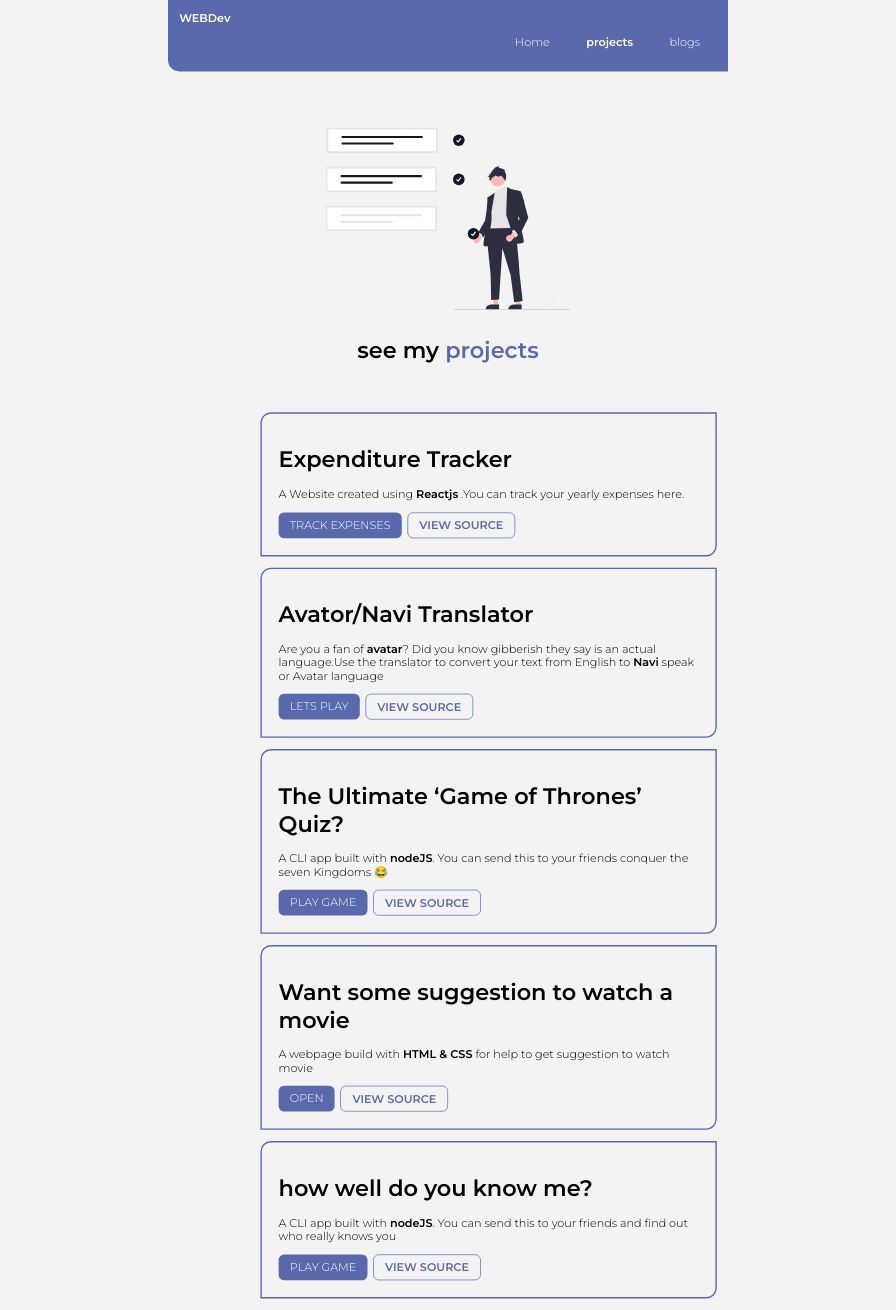
Repository: sohan2503001/Portfolio
Page: projects.html
An editor plug-in stored every save of this project. The page is shown before and after a run of saves, followed by the edit.
The browser window is 1280 px wide. The pictures show the whole page, at 70% of full size.

Above is the page before, as saved 2021-05-26 11:42:40.

### projects.html
<!DOCTYPE html>
<html lang="en">

<head>
  <meta charset="UTF-8" />
  <meta name="viewport" content="width=device-width, initial-scale=1.0" />
  <title>Projects | Sohan</title>
  <link rel="stylesheet" href="style.css" />
  <link rel="icon" href="images/favicon.svg" sizes="any" type="image/svg+xml">
</head>

<body>
  <nav class="navigation container">
    <div class="nav-brand">WEBDev</div>
    <ul class="list-non-bullet nav-pills">
      <li class="list-item-inline">
        <a class="link" href="/">Home</a>
      </li>
      <li class="list-item-inline">
        <a class="link link-active" href="projects.html">projects</a>
      </li>
      <li class="list-item-inline">
        <a class="link" href="blogs.html">blogs</a>
      </li>
    </ul>
  </nav>

  <header class="hero">
    <img class="hero-img" src="images/pro.svg" alt="" />
    <h1 class="hero-heading">
      see my<span class="heading-inverted"> projects</span>
    </h1>
  </header>


  <ol class="list list-non-bullet">


    <div class="container container-center box-contain">
      <li>
        <h1>Expenditure Tracker</h1>
        <p>
          A Website created using <strong>Reactjs</strong> .You can track your yearly expenses here.
        </p>

        <div class="link-button">
          <a class="link link-primary name-link" href="https://expenditure-tracker.netlify.app/"
          target="_blank">TRACK EXPENSES</a>
        <a class="link link-secondary" href="https://github.com/sohan2503001/Expenditure-Tracker" target="_blank">VIEW
          SOURCE</a>
        </div>
      </li>
    </div>


    <div class="container container-center box-contain">
      <li>
        <h1>Avator/Navi Translator </h1>
        <p>
          Are you a fan of <strong>avatar</strong>? Did you know gibberish they say is an actual
          language.Use the translator to convert your text from English to <strong>Navi</strong>
          speak or Avatar language
        </p>

        <div class="link-button">
          <a class="link link-primary name-link" href="https://avator-speak.netlify.app/"
          target="_blank">LETS PLAY</a>
        <a class="link link-secondary" href="https://github.com/sohan2503001/Avator-speak" target="_blank">VIEW
          SOURCE</a>
        </div>
      </li>
    </div>


    <div class="container container-center box-contain">
      <li>
        <h1>The Ultimate ‘Game of Thrones’ Quiz?</h1>
        <p>
          A CLI app built with <strong>nodeJS</strong>. You can send this to
          your friends conquer the seven Kingdoms 😂
        </p>

        <div class="link-button">
          <a class="link link-primary name-link" href="https://replit.com/@Sohan250301/GameofThronesQuiz?embed=1&output=1#index.js"
          target="_blank">PLAY GAME</a>
        <a class="link link-secondary" href="https://github.com/sohan2503001/GOTQuiz" target="_blank">VIEW SOURCE</a>
        </div>
      </li>
    </div>


    <div class="container container-center box-contain">
      <li>
        <h1>Want some suggestion to watch a movie</h1>
        <p>
          A webpage build with <strong>HTML & CSS </strong> for help to get suggestion to watch movie
        </p>

        <div class="link-button">
          <a class="link link-primary name-link" href="https://moviesreview.netlify.app/" target="_blank">OPEN</a>
        <a class="link link-secondary" href="https://github.com/sohan2503001/MovieSuggestion" target="_blank">VIEW
          SOURCE</a>
        </div>
      </li>
    </div>


    <div class="container container-center box-contain">
      <li>
        <h1>how well do you know me?</h1>
        <p>
          A CLI app built with <strong>nodeJS</strong>. You can send this to
          your friends and find out who really knows you
        </p>

        <div class="link-button">
          <a class="link link-primary name-link" href="https://replit.com/@Sohan250301/How-much-you-know-me?embed=1&output=1"
          target="_blank">PLAY GAME</a>
        <a class="link link-secondary" href="https://github.com/sohan2503001/Quiz1" target="_blank">VIEW SOURCE</a>
        </div>
      </li>
    </div>


  </ol>
  <script src="code.js"></script>
</body>

</html>

### style.css
@import url('https://fonts.googleapis.com/css2?family=Montserrat:wght@300;600&display=swap');

:root{
    --primary-color: #5a69ac;
    --dark-gray: #7E7F83;
    --off-white: #D9C5B2;
}

body {
    font-family: 'Montserrat', sans-serif;
    margin: auto;
    max-width: 800px;
    width: 100%;
    background-color: #F3F3F4;
}

hr{
    margin: 2rem 0rem;
}

/** container **/
.container{
    padding: 0rem 1rem;
}

.container-center{
    max-width: 600px;
    margin: auto;
}

/** links **/
.link{
    text-decoration: none;
    padding: 0.5rem 1rem;
    /*margin: 1rem 0rem 1rem 0rem;*/
}

.link-primary{
    background-color: var(--primary-color);
    border-radius: 0.5rem;
    color:white;
}

.link-secondary{
    color: var(--primary-color);
    border-radius: 0.5rem;
    border: 1px solid var(--primary-color);
    font-weight: bold;
}

/** lists **/

.list-non-bullet{
    list-style: none;
}

.list-item-inline{
    display: inline;
    padding: 0rem 0.5rem;
}

/** navigation **/

.navigation{
    background-color: var(--primary-color);
    color: white;
    padding: 1rem;
    border-bottom-left-radius: 1rem;
}

.navigation .nav-brand{
    font-weight: bold;
}

.navigation .nav-pills{
    text-align: right;
}

.navigation .link{
    color: white;
}

.navigation .link-active{
    font-weight: bold;
}

/**header **/

.hero{
    padding: 2rem;
    padding-top: 5rem;
}

.hero .hero-img{
    max-width: 350px;
    display: block;
    margin: auto;
}

.hero .hero-heading{
    padding-top: 1rem;
    color: var(--dark-red);
    text-align: center;
}

.hero .hero-heading .heading-inverted{
    color: var(--primary-color)
}

/** section **/
.section{
    padding: 1rem;
    border-radius: 15px;
    margin: 2rem;
}

.section h1{
    text-align: center;
    font-weight: bolder;
}

.ow {
    background-color: var(--off-white);
}

.section p{
    font-weight: bold;
}

/**footer **/

.footer{
    background-color: var(--primary-color);
    padding: 1rem;
    text-align: center;
    color: white;
    border-top-right-radius: 1rem;
}

.footer .link{
    color: white;
}

.footer .footer-header{
    font-weight: bold;
    font-size: large;
}

.footer ul{
    padding-inline-start: 0px;
}

/**Projects**/
.box-contain{
    border: 2px solid var(--primary-color);
    padding: 1.5rem;
    border-top-left-radius: 15px;
    border-bottom-right-radius: 15px;
    margin: auto;
    margin-top: 1rem;
    margin-right: 1rem;
}

.link-button{
    display: flex;
}

.name-link{
    margin-right: 0.5rem;
}

### code.js
function myFunction() {
    var element = document.body;
    element.classList.toggle("dark-mode");
}

After the next 3 saves:
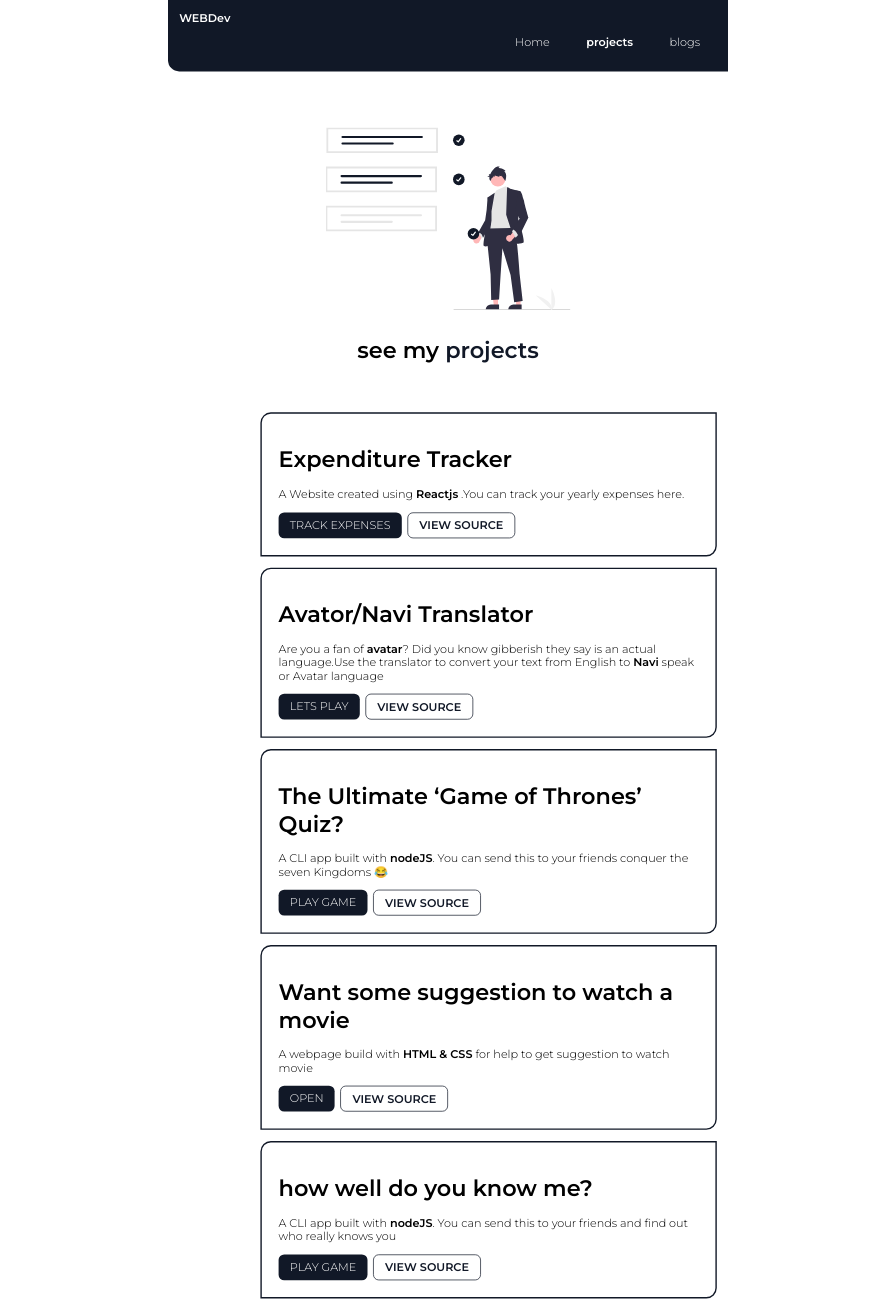
The 3 saves are shown as one change because they came seconds apart.
The last was saved 9 s later.
--- a/style.css
+++ b/style.css
@@ -1,9 +1,9 @@
 @import url('https://fonts.googleapis.com/css2?family=Montserrat:wght@300;600&display=swap');
 
 :root{
-    --primary-color: #5a69ac;
-    --dark-gray: #7E7F83;
-    --off-white: #D9C5B2;
+    --primary-color: #111827;
+    --dark-gray: #4B5563;
+    --off-white: #D1D5DB;
 }
 
 body {
@@ -11,7 +11,6 @@ body {
     margin: auto;
     max-width: 800px;
     width: 100%;
-    background-color: #F3F3F4;
 }
 
 hr{
